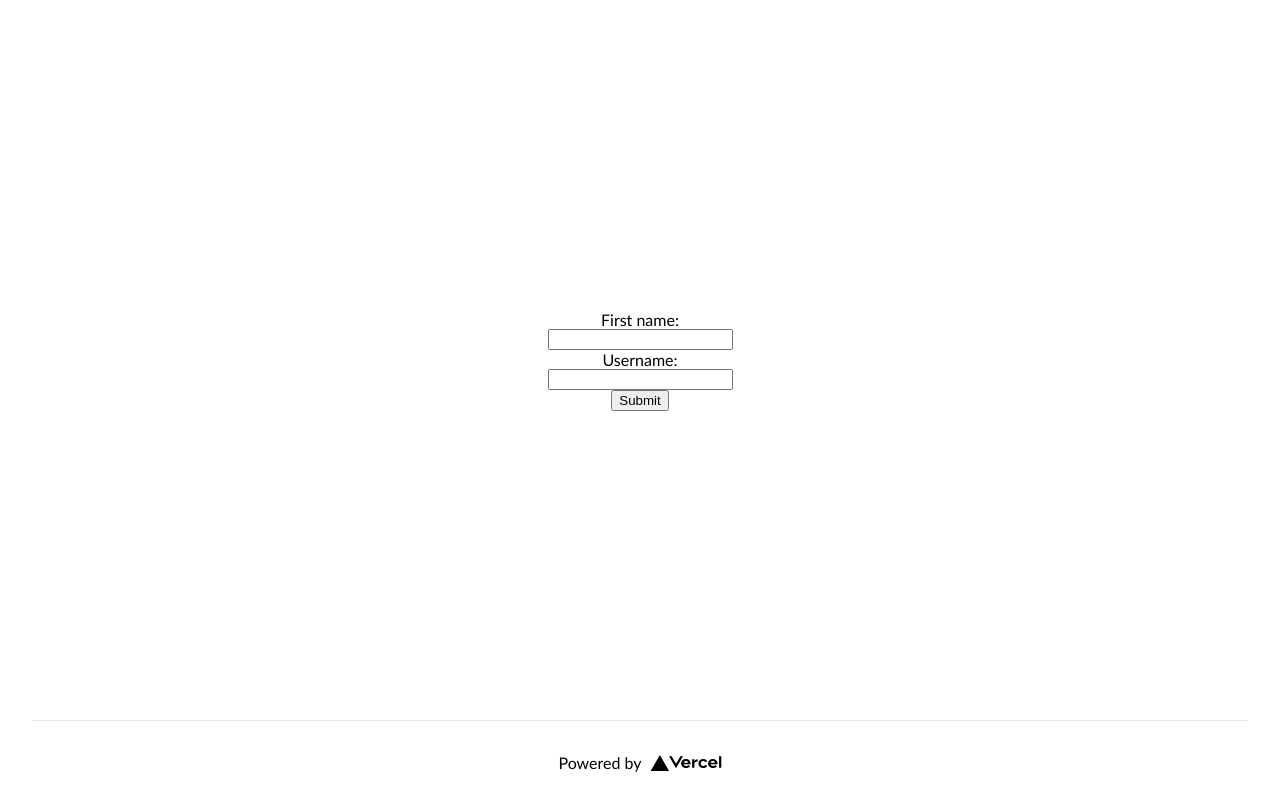
Repository: cartervandekamp/class02-inclass
Page: /
These files come from the project's save history. The page is drawn as it stood at one moment and after the next save; the edit follows.
The browser window is 1280 px wide. The pictures show the whole page.
The project was rebuilt for these pictures with package versions that can differ from the ones it lists, and the page was loaded fresh each time. The framework's server and built-in components were replaced by stand-ins that run in the browser. Also part of the build but not shown: next.config.js.

Above is the page before, as saved 2023-01-16 20:23:14.

### pages/index.js
import Head from 'next/head'
import Image from 'next/image'
import styles from '../styles/Home.module.css'
import { useEffect, useState } from 'react'
import { useRouter } from 'next/router'


export default function Home() {

  const router = useRouter();

  const [formData, setFormData] = useState({
    firstName: '',
    username: ''
  })


  const CheckLogIn = () => {
    console.log(FormData.firstName);
    console.log(FormData);

    if(formData.username !==null){
      router.push({
        pathname: './counter',
        query: {
          username: formData.username
        }
      })
    }
  }

  return (
    <div className={styles.container}>
      <Head>
        <title>Create Next App</title>
        <meta name="description" content="Generated by create next app" />
        <link rel="icon" href="/favicon.ico" />
      </Head>

      <main className={styles.main}>
       <label>First name:</label>
       <input
       type="text"
       id="first"
       name="first"
       pattern="[A-Z]{1}[a-z]{2,10}"
       title="The first letter should be uppercase"
       onChange={(e => setFormData({...formData, firstName: e.target.value}))}
       />

       <label>Username:</label>
       <input
       type="Username"
       required
       minLength="5"
       maxLength="10"
       onChange={(e => setFormData({...formData, username: e.target.value}))}
       />
       <button type="submit" onClick={() => CheckLogIn()}>Submit</button>
      </main>

      <footer className={styles.footer}>
        <a
          href="https://vercel.com?utm_source=create-next-app&utm_medium=default-template&utm_campaign=create-next-app"
          target="_blank"
          rel="noopener noreferrer"
        >
          Powered by{' '}
          <span className={styles.logo}>
            <Image src="/vercel.svg" alt="Vercel Logo" width={72} height={16} />
          </span>
        </a>
      </footer>
    </div>
  )
}

### styles/globals.css
html,
body {
  padding: 0;
  margin: 0;
  font-family: 'Gill Sans', 'Gill Sans MT', Calibri, 'Trebuchet MS', sans-serif
}

a {
  color: inherit;
  text-decoration: none;
}

* {
  box-sizing: border-box;
}

@media (prefers-color-scheme: dark) {
  html {
    color-scheme: dark;
  }
  body {
    color: white;
    background: black;
  }
}

Loaded but not shown: pages/_app.js (common file); styles/Home.module.css (common file)

After the next save:
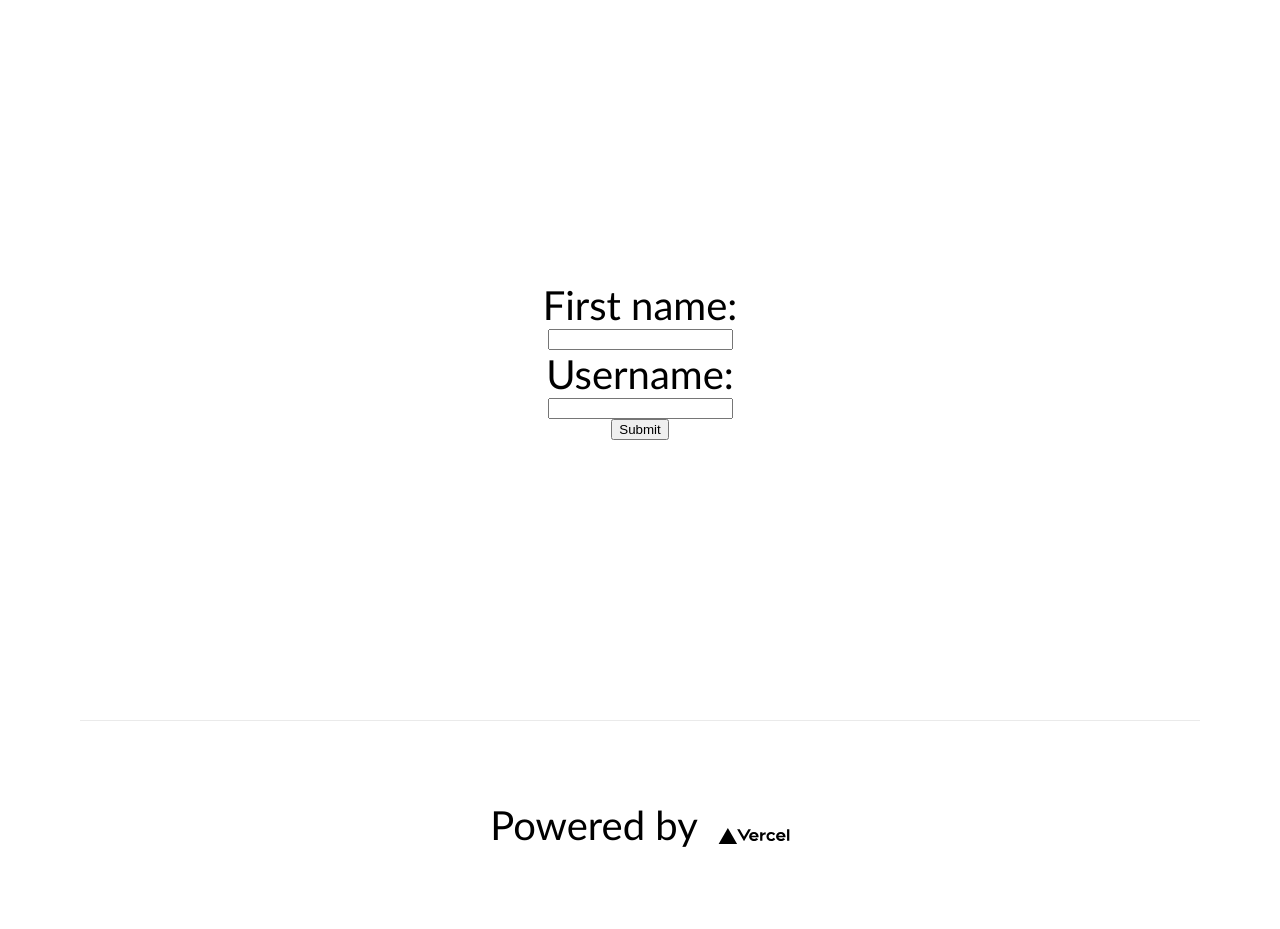
Saved 22 s later.
--- a/styles/globals.css
+++ b/styles/globals.css
@@ -2,7 +2,8 @@ html,
 body {
   padding: 0;
   margin: 0;
-  font-family: 'Gill Sans', 'Gill Sans MT', Calibri, 'Trebuchet MS', sans-serif
+  font-family: 'Gill Sans', 'Gill Sans MT', Calibri, 'Trebuchet MS', sans-serif;
+  font-size: 40px;
 }
 
 a {
